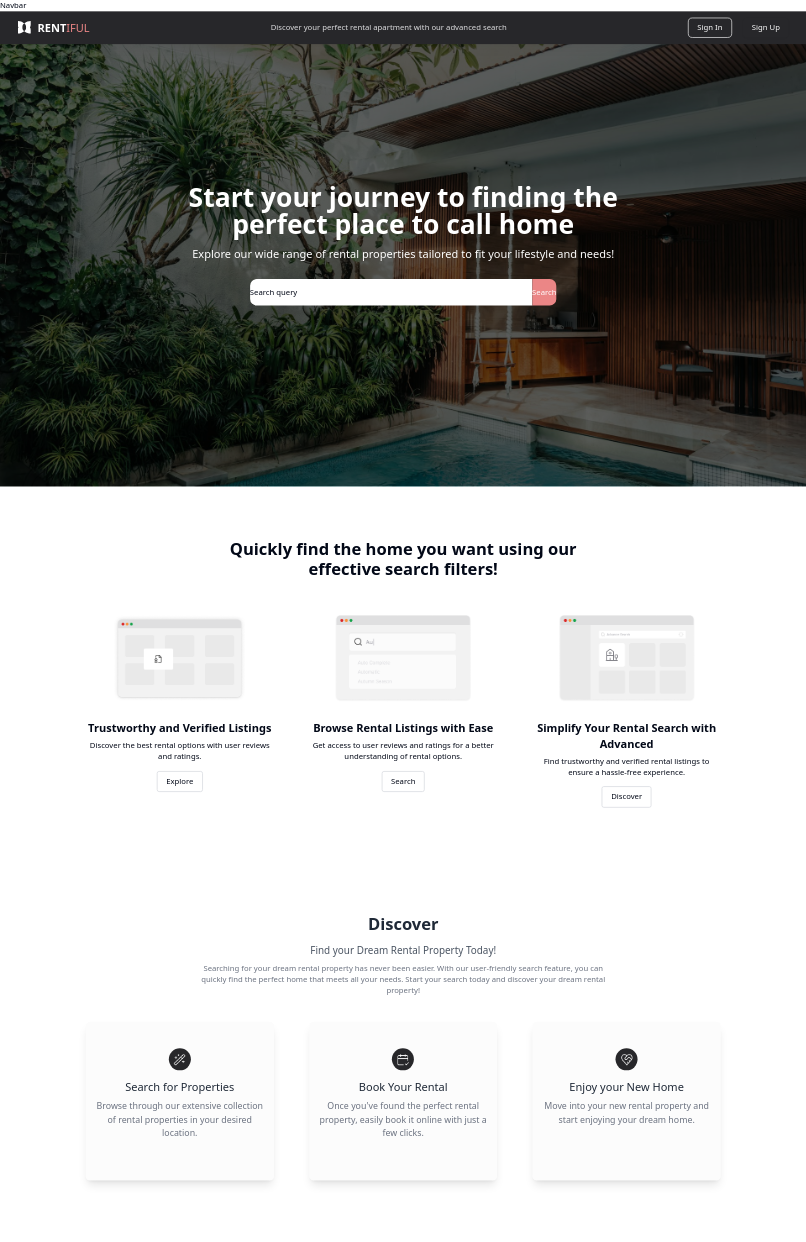
Repository: richiectr360/real-estate-prod
Page: /landing (app in client/)
The author's editor kept a copy of each file at every save. The page is drawn from the files as they stood at one save, then again after the next save.
The browser window is 1280 px wide. The pictures show the whole page, at 63% of full size.
The page's requests for data from a server got no answer. The project was rebuilt for these pictures with package versions that can differ from the ones it lists, and the page was loaded fresh each time. The framework's server and built-in components were replaced by stand-ins that run in the browser. No one was signed in, and anything a server would have sent is missing. Also part of the build but not shown: client/next.config.ts.

Above is the page before, as saved 2025-05-21 22:23:17.

### client/src/app/layout.tsx
import type { Metadata } from "next";
import { Geist, Geist_Mono } from "next/font/google";
import "./globals.css";
import Providers from "./providers";
import { Toaster } from "@/components/ui/sonner";

const geistSans = Geist({
  variable: "--font-geist-sans",
  subsets: ["latin"],
});

const geistMono = Geist_Mono({
  variable: "--font-geist-mono",
  subsets: ["latin"],
});

export const metadata: Metadata = {
  title: "Create Next App",
  description: "Generated by create next app",
};

export default function RootLayout({
  children,
}: Readonly<{
  children: React.ReactNode;
}>) {
  return (
    <html lang="en">
      <body
        className={`${geistSans.variable} ${geistMono.variable} antialiased`}
      >
        <Providers>{children}</Providers>
      </body>
    </html>
  );
}

### client/src/app/(nondashboard)/layout.tsx
// "use client";

// import Navbar from "@/components/Navbar";
// import { NAVBAR_HEIGHT } from "@/lib/constants";
// import { useGetAuthUserQuery } from "@/state/api";
// import { usePathname, useRouter } from "next/navigation";
// import React, { useEffect, useState } from "react";

// const Layout = ({ children }: { children: React.ReactNode }) => {
//   const { data: authUser, isLoading: authLoading } = useGetAuthUserQuery();
//   const router = useRouter();
//   const pathname = usePathname();
//   const [isLoading, setIsLoading] = useState(true);

//   useEffect(() => {
//     if (authUser) {
//       const userRole = authUser.userRole?.toLowerCase();
//       if (
//         (userRole === "manager" && pathname.startsWith("/search")) ||
//         (userRole === "manager" && pathname === "/")
//       ) {
//         router.push("/managers/properties", { scroll: false });
//       } else {
//         setIsLoading(false);
//       }
//     }
//   }, [authUser, router, pathname]);

//   if (authLoading || isLoading) return <>Loading...</>;

//   return (
//     <div className="h-full w-full">
//       <Navbar />
//       <main
//         className={`h-full flex w-full flex-col`}
//         style={{ paddingTop: `${NAVBAR_HEIGHT}px` }}
//       >
//         {children}
//       </main>
//     </div>
//   );
// };

// export default Layout;

////////////
"use client";

import Navbar from "@/components/Navbar";
import { NAVBAR_HEIGHT } from "@/lib/constants";
import React from 'react';

const Layout = ({ children }: { children: React.ReactNode }) => {
    return (
    <div className="h-full w-full">
        <Navbar />
        <main className={`h-full flex w-full flex-col`}
            style={{ paddingTop: `${NAVBAR_HEIGHT}px`}}
        >
            {children}
        </main>
    </div>
    );
}

export default Layout;

### client/src/app/(nondashboard)/landing/page.tsx
// import React from "react";
// import HeroSection from "./HeroSection";
// import FeaturesSection from "./FeaturesSection";
// import DiscoverSection from "./DiscoverSection";
// import CallToActionSection from "./CallToActionSection";
// import FooterSection from "./FooterSection";

// const Landing = () => {
//   return (
//     <div>
//       <HeroSection />
//       <FeaturesSection />
//       <DiscoverSection />
//       <CallToActionSection />
//       <FooterSection />
//     </div>
//   );
// };

// export default Landing;


import React from "react";
import HeroSection from "./HeroSection";
import FeaturesSection from "./FeaturesSection";
import DiscoverSection from "./DiscoverSection";

const Landing = () => {
  return (
    <div>
      <HeroSection />
      <FeaturesSection />
      <DiscoverSection />
    </div>
  );
};

export default Landing;

### client/src/app/providers.tsx
// "use client";

// import StoreProvider from "@/state/redux";
// import { Authenticator } from "@aws-amplify/ui-react";
// import Auth from "./(auth)/authProvider";

// const Providers = ({ children }: { children: React.ReactNode }) => {
//   return (
//     <StoreProvider>
//       <Authenticator.Provider>
//         <Auth>{children}</Auth>
//       </Authenticator.Provider>
//     </StoreProvider>
//   );
// };

// export default Providers;

"use client";

import StoreProvider from "@/state/redux";

const Providers = ({ children }: { children: React.ReactNode }) =>  {
    return (
        <StoreProvider>
            {children}
        </StoreProvider>
    )
}


export default Providers;

### client/src/app/(nondashboard)/landing/HeroSection.tsx
// "use client";

// import Image from "next/image";
// import React, { useState } from "react";
// import { motion } from "framer-motion";
// import { Input } from "@/components/ui/input";
// import { Button } from "@/components/ui/button";
// import { useDispatch } from "react-redux";
// import { useRouter } from "next/navigation";
// import { setFilters } from "@/state";

// const HeroSection = () => {
//   const dispatch = useDispatch();
//   const [searchQuery, setSearchQuery] = useState("");
//   const router = useRouter();

//   const handleLocationSearch = async () => {
//     try {
//       const trimmedQuery = searchQuery.trim();
//       if (!trimmedQuery) return;

//       const response = await fetch(
//         `https://api.mapbox.com/geocoding/v5/mapbox.places/${encodeURIComponent(
//           trimmedQuery
//         )}.json?access_token=${
//           process.env.NEXT_PUBLIC_MAPBOX_ACCESS_TOKEN
//         }&fuzzyMatch=true`
//       );
//       const data = await response.json();
//       if (data.features && data.features.length > 0) {
//         const [lng, lat] = data.features[0].center;
//         dispatch(
//           setFilters({
//             location: trimmedQuery,
//             coordinates: [lat, lng],
//           })
//         );
//         const params = new URLSearchParams({
//           location: trimmedQuery,
//           lat: lat.toString(),
//           lng: lng,
//         });
//         router.push(`/search?${params.toString()}`);
//       }
//     } catch (error) {
//       console.error("error search location:", error);
//     }
//   };

//   return (
//     <div className="relative h-screen">
//       <Image
//         src="/landing-splash.jpg"
//         alt="Rentiful Rental Platform Hero Section"
//         fill
//         className="object-cover object-center"
//         priority
//       />
//       <div className="absolute inset-0 bg-black bg-opacity-60"></div>
//       <motion.div
//         initial={{ opacity: 0, y: 20 }}
//         animate={{ opacity: 1, y: 0 }}
//         transition={{ duration: 0.8 }}
//         className="absolute top-1/3 transform -translate-x-1/2 -translate-y-1/2 text-center w-full"
//       >
//         <div className="max-w-4xl mx-auto px-16 sm:px-12">
//           <h1 className="text-5xl font-bold text-white mb-4">
//             Start your journey to finding the perfect place to call home
//           </h1>
//           <p className="text-xl text-white mb-8">
//             Explore our wide range of rental properties tailored to fit your
//             lifestyle and needs!
//           </p>

//           <div className="flex justify-center">
//             <Input
//               type="text"
//               value={searchQuery}
//               onChange={(e) => setSearchQuery(e.target.value)}
//               placeholder="Search by city, neighborhood or address"
//               className="w-full max-w-lg rounded-none rounded-l-xl border-none bg-white h-12"
//             />
//             <Button
//               onClick={handleLocationSearch}
//               className="bg-secondary-500 text-white rounded-none rounded-r-xl border-none hover:bg-secondary-600 h-12"
//             >
//               Search
//             </Button>
//           </div>
//         </div>
//       </motion.div>
//     </div>
//   );
// };

// export default HeroSection;

import Image from 'next/image'
import React from 'react'
import { motion } from 'framer-motion'

const HeroSection = () => {
  return (
    <div className='relative h-screen'>
        <Image
        src='/landing-splash.jpg'
        alt='Rentiful Rental Platform Hero Section'
        fill
        className='object-cover object-center'
        priority
        />
        <div className='absolute inset-0 bg-black bg-opacity-60'>
            <motion.div
            initial={{ opacity: 0, y: 20 }}
            animate={{ opacity: 1, y: 0 }}
            transition={{ duration: 0.8 }}
            className='absolute top-1/3 transform -translate-x-1/2 -translate-y-1/2 text-center w-full'
            >
                <div className='max-w-4xl mx-auto px-16 sm:px-12'>
                    <h1 className='text-5xl font-bold text-white mb-4'>
                        Start your journey to finding the perfect place to call home
                    </h1>
                    <p className='text-xl text-white mb-8'>
                        Explore our wide range of rental properties tailored to fit your lifestyle and needs!
                    </p>
                    <div className='flex justify-center'>
                        <input
                        type='text'
                        value='Search query'
                        onChange={(e) => console.log(e.target.value)}
                        placeholder='Search by city, neighborhood or address'
                        className='w-full max-w-lg rounded-none rounded-l-xl border-none bg-white h-12'
                        />
                        <button
                            onClick={() => {}}
                            className='bg-secondary-500 text-white rounded-none rounded-r-xl border-none hover:bg-secondary-600 h-12'
                        >
                            Search
                        </button>
                    </div>
                </div>

            </motion.div>
        </div>
    </div>
  )
}

export default HeroSection

### client/src/state/redux.tsx
"use client";

import { useRef } from "react";
import { TypedUseSelectorHook, useDispatch, useSelector } from "react-redux";
import { combineReducers, configureStore } from "@reduxjs/toolkit";
import { Provider } from "react-redux";
import { setupListeners } from "@reduxjs/toolkit/query";
import globalReducer from "@/state";
import { api } from "@/state/api";

/* REDUX STORE */
const rootReducer = combineReducers({
  global: globalReducer,
  [api.reducerPath]: api.reducer,
});

export const makeStore = () => {
  return configureStore({
    reducer: rootReducer,
    middleware: (getDefaultMiddleware) =>
      getDefaultMiddleware().concat(api.middleware),
  });
};

/* REDUX TYPES */
export type AppStore = ReturnType<typeof makeStore>;
export type RootState = ReturnType<AppStore["getState"]>;
export type AppDispatch = AppStore["dispatch"];
export const useAppDispatch = () => useDispatch<AppDispatch>();
export const useAppSelector: TypedUseSelectorHook<RootState> = useSelector;

/* PROVIDER */
export default function StoreProvider({
  children,
}: {
  children: React.ReactNode;
}) {
  const storeRef = useRef<AppStore | null>(null);
  if (!storeRef.current) {
    storeRef.current = makeStore();
    setupListeners(storeRef.current.dispatch);
  }
  return <Provider store={storeRef.current}>{children}</Provider>;
}

### client/src/components/ui/button.tsx
import * as React from "react"
import { Slot } from "@radix-ui/react-slot"
import { cva, type VariantProps } from "class-variance-authority"

import { cn } from "@/lib/utils"

const buttonVariants = cva(
  "inline-flex items-center justify-center gap-2 whitespace-nowrap rounded-md text-sm font-medium transition-colors focus-visible:outline-none focus-visible:ring-1 focus-visible:ring-ring disabled:pointer-events-none disabled:opacity-50 [&_svg]:pointer-events-none [&_svg]:size-4 [&_svg]:shrink-0",
  {
    variants: {
      variant: {
        default:
          "bg-primary text-primary-foreground shadow hover:bg-primary/90",
        destructive:
          "bg-destructive text-destructive-foreground shadow-sm hover:bg-destructive/90",
        outline:
          "border border-input bg-background shadow-sm hover:bg-accent hover:text-accent-foreground",
        secondary:
          "bg-secondary text-secondary-foreground shadow-sm hover:bg-secondary/80",
        ghost: "hover:bg-accent hover:text-accent-foreground",
        link: "text-primary underline-offset-4 hover:underline",
      },
      size: {
        default: "h-9 px-4 py-2",
        sm: "h-8 rounded-md px-3 text-xs",
        lg: "h-10 rounded-md px-8",
        icon: "h-9 w-9",
      },
    },
    defaultVariants: {
      variant: "default",
      size: "default",
    },
  }
)

export interface ButtonProps
  extends React.ButtonHTMLAttributes<HTMLButtonElement>,
    VariantProps<typeof buttonVariants> {
  asChild?: boolean
}

const Button = React.forwardRef<HTMLButtonElement, ButtonProps>(
  ({ className, variant, size, asChild = false, ...props }, ref) => {
    const Comp = asChild ? Slot : "button"
    return (
      <Comp
        className={cn(buttonVariants({ variant, size, className }))}
        ref={ref}
        {...props}
      />
    )
  }
)
Button.displayName = "Button"

export { Button, buttonVariants }

### client/src/app/(nondashboard)/landing/CallToActionSection.tsx
// "use client";

// import Image from "next/image";
// import React from "react";
// import { motion } from "framer-motion";
// import Link from "next/link";

// const CallToActionSection = () => {
//   return (
//     <div className="relative py-24">
//       <Image
//         src="/landing-call-to-action.jpg"
//         alt="Rentiful Search Section Background"
//         fill
//         className="object-cover object-center"
//       />
//       <div className="absolute inset-0 bg-black bg-opacity-60"></div>
//       <motion.div
//         initial={{ opacity: 0, y: 20 }}
//         transition={{ duration: 0.5 }}
//         whileInView={{ opacity: 1, y: 0 }}
//         viewport={{ once: true }}
//         className="relative max-w-4xl xl:max-w-6xl mx-auto px-6 sm:px-8 lg:px-12 xl:px-16 py-12"
//       >
//         <div className="flex flex-col md:flex-row justify-between items-center">
//           <div className="mb-6 md:mb-0 md:mr-10">
//             <h2 className="text-2xl font-bold text-white">
//               Find Your Dream Rental Property
//             </h2>
//           </div>
//           <div>
//             <p className="text-white mb-3">
//               Discover a wide range of rental properties in your desired
//               location.
//             </p>
//             <div className="flex justify-center md:justify-start gap-4">
//               <button
//                 onClick={() => window.scrollTo({ top: 0, behavior: "smooth" })}
//                 className="inline-block text-primary-700 bg-white rounded-lg px-6 py-3 font-semibold hover:bg-primary-500 hover:text-primary-50"
//               >
//                 Search
//               </button>
//               <Link
//                 href="/signup"
//                 className="inline-block text-white bg-secondary-500 rounded-lg px-6 py-3 font-semibold hover:bg-secondary-600"
//                 scroll={false}
//               >
//                 Sign Up
//               </Link>
//             </div>
//           </div>
//         </div>
//       </motion.div>
//     </div>
//   );
// };

// export default CallToActionSection;

//////////////

"use client";

import Image from "next/image";
import React from "react";
import { motion } from "framer-motion";
import Link from "next/link";

const CallToActionSection = () => {
  return (
    <div className="relative py-24">
      <Image
        src="/landing-call-to-action.jpg"
        alt="Rentiful Search Section Background"
        fill
        className="object-cover object-center"
      />
      <div className="absolute inset-0 bg-black bg-opacity-60"></div>
      <motion.div
        initial={{ opacity: 0, y: 20 }}
        transition={{ duration: 0.5 }}
        whileInView={{ opacity: 1, y: 0 }}
        viewport={{ once: true }}
        className="relative max-w-4xl xl:max-w-6xl mx-auto px-6 sm:px-8 lg:px-12 xl:px-16 py-12"
      >
        <div className="flex flex-col md:flex-row justify-between items-center">
          <div className="mb-6 md:mb-0 md:mr-10">
            <h2 className="text-2xl font-bold text-white">
              Find Your Dream Rental Property
            </h2>
          </div>
          <div>
            <p className="text-white mb-3">
              Discover a wide range of rental properties in your desired
              location.
            </p>
            <div className="flex justify-center md:justify-start gap-4">
              <button
                onClick={() => window.scrollTo({ top: 0, behavior: "smooth" })}
                className="inline-block text-primary-700 bg-white rounded-lg px-6 py-3 font-semibold hover:bg-primary-500 hover:text-primary-50"
              >
                Search
              </button>
              <Link
                href="/signup"
                className="inline-block text-white bg-secondary-500 rounded-lg px-6 py-3 font-semibold hover:bg-secondary-600"
                scroll={false}
              >
                Sign Up
              </Link>
            </div>
          </div>
        </div>
      </motion.div>
    </div>
  );
};

export default CallToActionSection;

Loaded but not shown: client/src/app/globals.css (common file); client/src/lib/constants.ts (common file); client/src/state/index.ts (common file); client/src/lib/utils.ts (common file); client/tailwind.config.ts (common file); client/src/state/api.ts (376 lines, source omitted); client/src/components/Navbar.tsx (247 lines, source omitted); client/src/app/(nondashboard)/landing/DiscoverSection.tsx (204 lines, source omitted); client/src/app/(nondashboard)/landing/FeaturesSection.tsx (216 lines, source omitted)

After the next save:
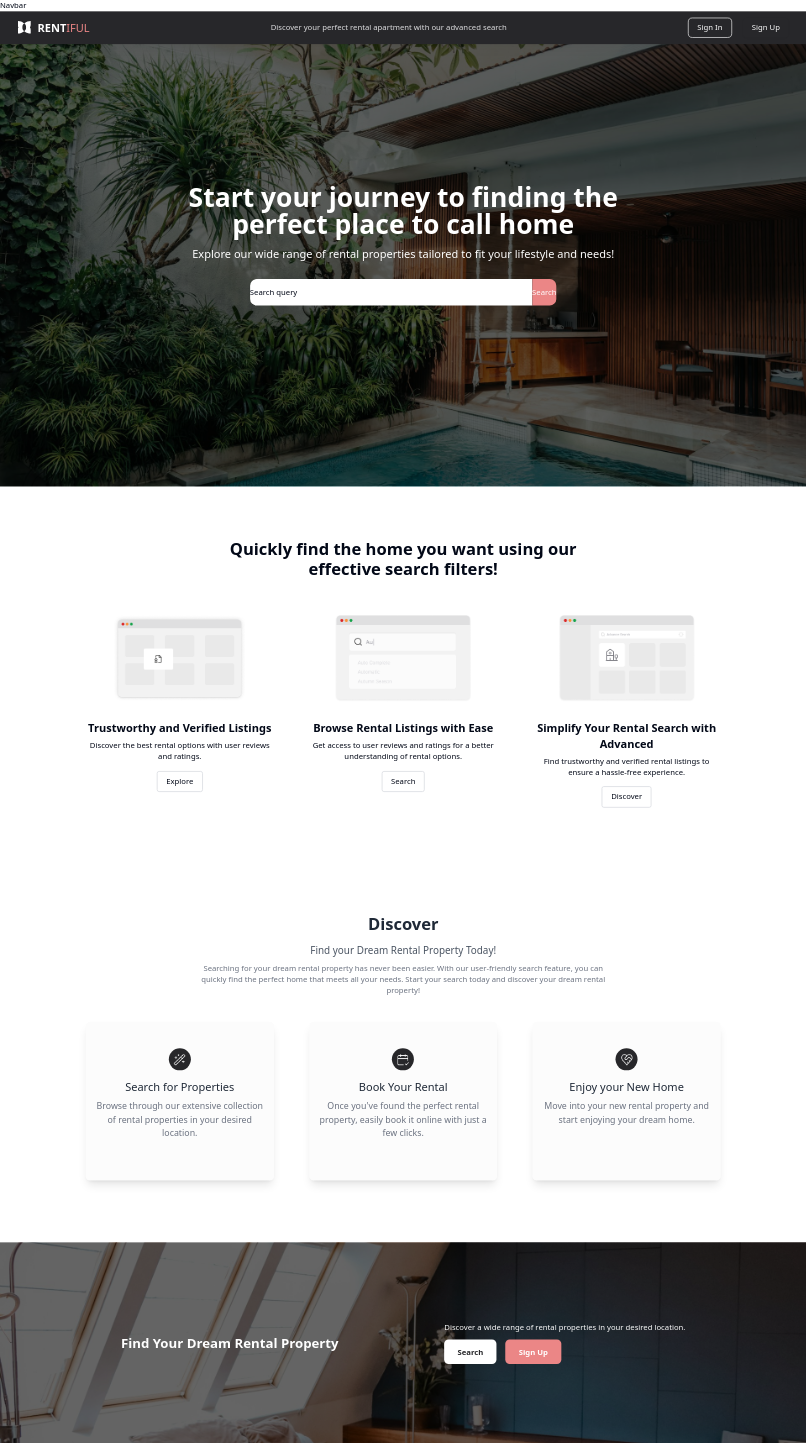
Saved 3 min 1 s later.
--- a/client/src/app/(nondashboard)/landing/page.tsx
+++ b/client/src/app/(nondashboard)/landing/page.tsx
@@ -24,6 +24,7 @@ import React from "react";
 import HeroSection from "./HeroSection";
 import FeaturesSection from "./FeaturesSection";
 import DiscoverSection from "./DiscoverSection";
+import CallToActionSection from "./CallToActionSection";
 
 const Landing = () => {
   return (
@@ -31,6 +32,7 @@ const Landing = () => {
       <HeroSection />
       <FeaturesSection />
       <DiscoverSection />
+      <CallToActionSection />
     </div>
   );
 };
